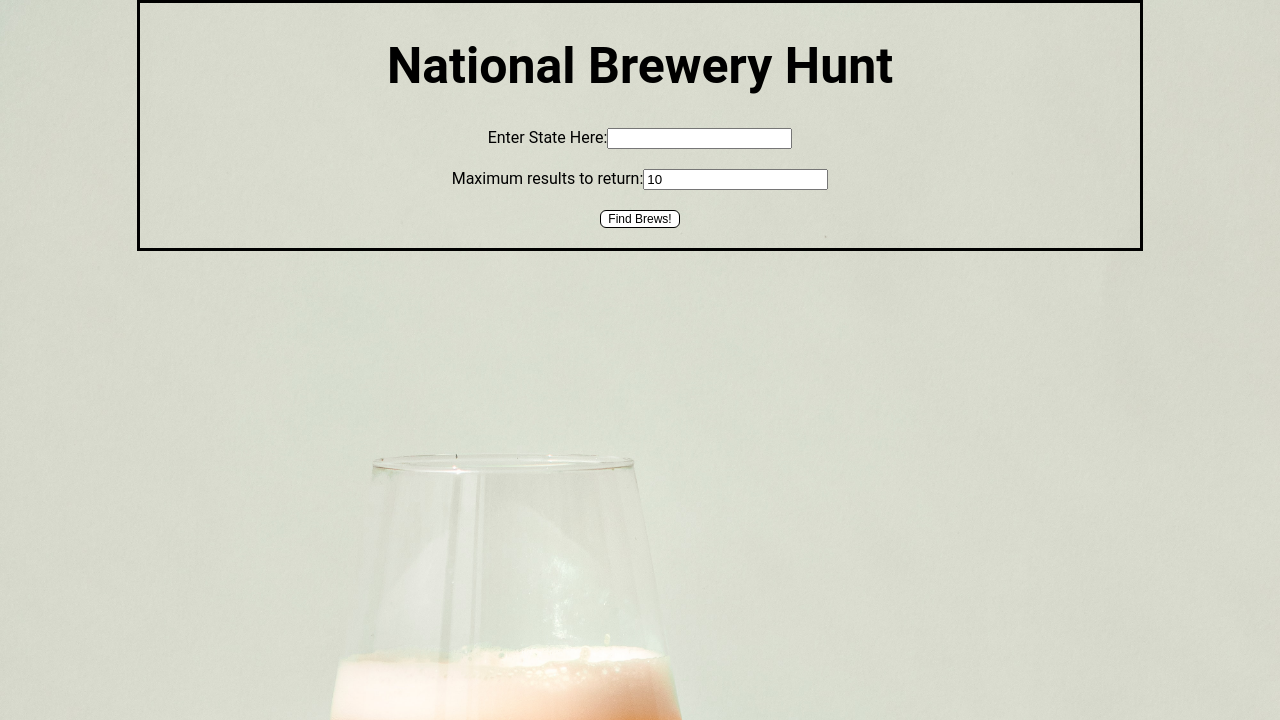
Repository: kaitlynMidori/searchBrews
Page: index.html
An editor plug-in stored every save of this project. The page is shown before and after the next save, followed by the edit.
The browser window is 1280 px wide. The pictures show the whole page.

Above is the page before, as saved 2021-04-24 11:58:06.

After the next save:
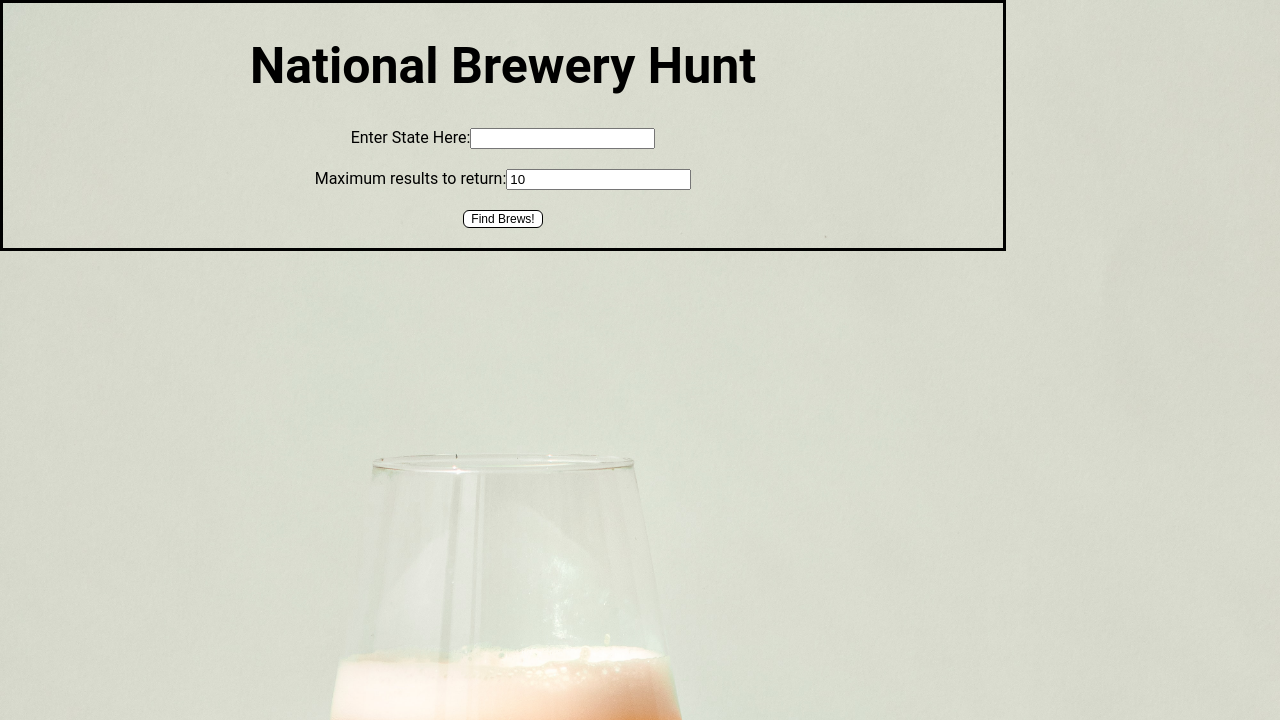
Saved 8 s later.
--- a/style.css
+++ b/style.css
@@ -2,7 +2,7 @@
 body {
     font-family: "Roboto", sans-serif;
     color: black;
-    margin: auto;
+    margin: 0;
     /* background: cover; */
     background-image: url("screenshots/beer.jpg");
     background-repeat: no-repeat;

After the save that followed:
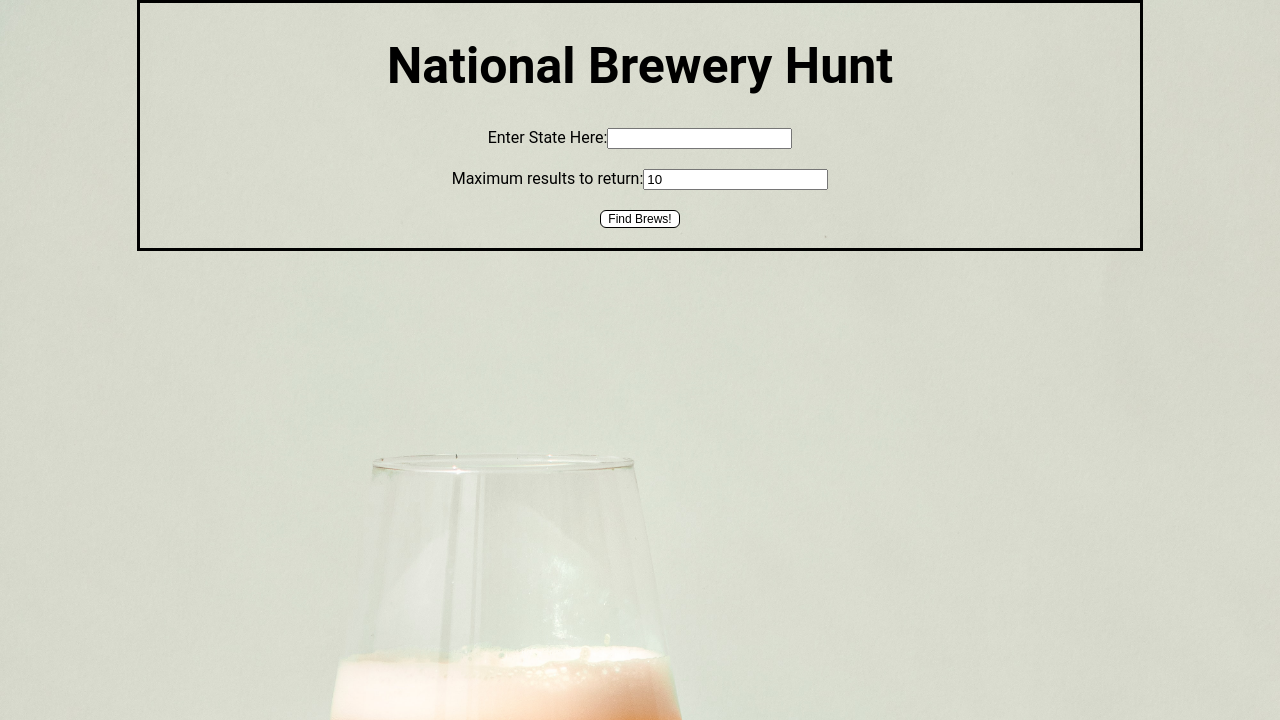
Saved 9 s later.
--- a/style.css
+++ b/style.css
@@ -2,7 +2,7 @@
 body {
     font-family: "Roboto", sans-serif;
     color: black;
-    margin: 0;
+    margin: auto;
     /* background: cover; */
     background-image: url("screenshots/beer.jpg");
     background-repeat: no-repeat;
